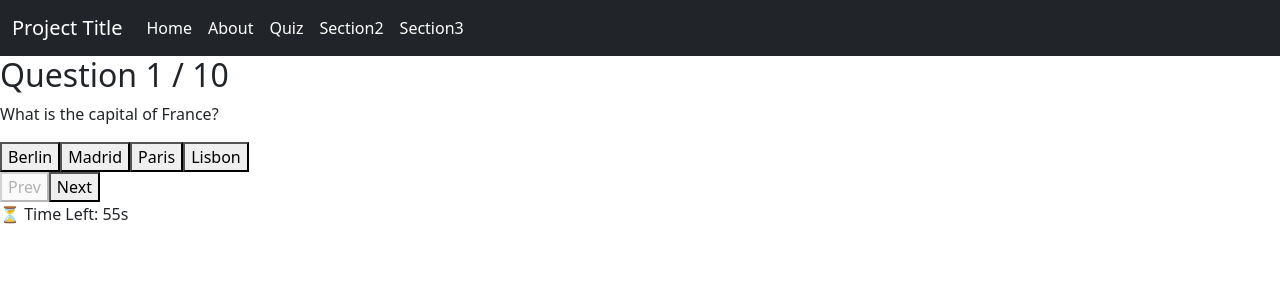
Repository: rahul-chakradhari/devquest
Page: /quiz (app in project/)
The author's editor kept a copy of each file at every save. The page is drawn from the files as they stood at one save, then again after the next save.
The browser window is 1280 px wide. The pictures show the whole page.
The project was rebuilt for these pictures with package versions that can differ from the ones it lists, and the page was loaded fresh each time. Also part of the build but not shown: project/vite.config.js, project/src/App.css, project/src/components/Home.jsx, project/src/components/About.jsx, project/src/components/Section2.jsx, project/src/components/Section3.jsx, project/src/index.css.

Above is the page before, as saved 2025-02-23 13:14:33.

### project/index.html
<!DOCTYPE html>
<html lang="en">
  <head>
    <meta charset="UTF-8" />
    <link rel="icon" type="image/svg+xml" href="/vite.svg" />
    <meta name="viewport" content="width=device-width, initial-scale=1.0" />
    <title>Project</title>
    <link
      href="https://cdn.jsdelivr.net/npm/bootstrap@5.3.3/dist/css/bootstrap.min.css"
      rel="stylesheet"
      integrity="sha384-QWTKZyjpPEjISv5WaRU9OFeRpok6YctnYmDr5pNlyT2bRjXh0JMhjY6hW+ALEwIH"
      crossorigin="anonymous"
    />
  </head>
  <body>
    <div id="root"></div>
    <script type="module" src="/src/main.jsx"></script>
    <script
      src="https://cdn.jsdelivr.net/npm/bootstrap@5.3.3/dist/js/bootstrap.bundle.min.js"
      integrity="sha384-YvpcrYf0tY3lHB60NNkmXc5s9fDVZLESaAA55NDzOxhy9GkcIdslK1eN7N6jIeHz"
      crossorigin="anonymous"
    ></script>
  </body>
</html>

### project/src/App.jsx
import { useState } from "react";
import "./App.css";
import React from "react";
import { BrowserRouter as Router, Routes, Route } from "react-router-dom";
import Navbar from "./components/Navbar";
import Home from "./components/Home";
import About from "./components/About";

import Section2 from "./components/Section2";
import Section3 from "./components/Section3";
import Quiz from "./components/Quiz";

function App() {
  const [count, setCount] = useState(0);

  return (
    <>
      <Router>
        <Navbar />
        <Routes>
          <Route path="/about" element={<About />} />
          <Route path="/" element={<Home />} />
          <Route path="/quiz" element={<Quiz />} />
          <Route path="/section2" element={<Section2 />} />
          <Route path="/section3" element={<Section3 />} />
        </Routes>
      </Router>
    </>
  );
}

export default App;

### project/src/components/Navbar.jsx
import React from "react";
import { Link, useNavigate } from "react-router-dom";

const Navbar = () => {
  const navigate = useNavigate();
  const isLoggedIn = localStorage.getItem("token"); // Check if token exists

  const handleLogout = () => {
    localStorage.removeItem("token");
    navigate("/login");
  };

  return (
    <div>
      <nav className="navbar navbar-expand-lg navbar-dark bg-dark">
        <div className="container-fluid">
          <a className="navbar-brand" href="#">
            Project Title
          </a>
          <button
            className="navbar-toggler"
            type="button"
            data-bs-toggle="collapse"
            data-bs-target="#navbarSupportedContent"
            aria-controls="navbarSupportedContent"
            aria-expanded="false"
            aria-label="Toggle navigation"
          >
            <span className="navbar-toggler-icon"></span>
          </button>
          <div className="collapse navbar-collapse" id="navbarSupportedContent">
            <ul className="navbar-nav me-auto mb-2 mb-lg-0">
              <li className="nav-item">
                <Link className="nav-link active" aria-current="page" to="/">
                  Home
                </Link>
              </li>
              <li className="nav-item">
                <Link
                  className="nav-link active"
                  aria-current="page"
                  to="/about"
                >
                  About
                </Link>
              </li>
              <li className="nav-item">
                <Link
                  className="nav-link active"
                  aria-current="page"
                  to="/quiz"
                >
                  Quiz
                </Link>
              </li>
              <li className="nav-item">
                <Link
                  className="nav-link active"
                  aria-current="page"
                  to="/section2"
                >
                  Section2
                </Link>
              </li>
              <li className="nav-item">
                <Link
                  className="nav-link active"
                  aria-current="page"
                  to="/section3"
                >
                  Section3
                </Link>
              </li>
            </ul>
          </div>
        </div>
      </nav>
    </div>
  );
};

export default Navbar;

### project/src/components/Quiz.jsx
import React, { useState, useEffect } from "react";

const questions = [
  {
    question: "What is the capital of France?",
    options: ["Berlin", "Madrid", "Paris", "Lisbon"],
    answer: "Paris",
  },
  {
    question: "Which is the largest planet in our solar system?",
    options: ["Mars", "Earth", "Jupiter", "Saturn"],
    answer: "Jupiter",
  },
  {
    question: "What is 5 + 3?",
    options: ["5", "8", "12", "15"],
    answer: "8",
  },
  {
    question: "Which language is used for web development?",
    options: ["Python", "C++", "JavaScript", "Swift"],
    answer: "JavaScript",
  },
  {
    question: "Who developed the theory of relativity?",
    options: ["Newton", "Einstein", "Tesla", "Darwin"],
    answer: "Einstein",
  },
  {
    question: "Which is the longest river in the world?",
    options: ["Amazon", "Nile", "Yangtze", "Ganges"],
    answer: "Nile",
  },
  {
    question: "Which gas do plants absorb?",
    options: ["Oxygen", "Carbon Dioxide", "Nitrogen", "Hydrogen"],
    answer: "Carbon Dioxide",
  },
  {
    question: "How many continents are there?",
    options: ["5", "6", "7", "8"],
    answer: "7",
  },
  {
    question: "Which programming language is used for AI?",
    options: ["Java", "C", "Python", "Go"],
    answer: "Python",
  },
  {
    question: "Who wrote 'Hamlet'?",
    options: ["Shakespeare", "Hemingway", "Tolstoy", "Poe"],
    answer: "Shakespeare",
  },
];

const Quiz = ({ onFinish }) => {
  const [currentQuestion, setCurrentQuestion] = useState(0);
  const [selectedAnswer, setSelectedAnswer] = useState(null);
  const [score, setScore] = useState(0);
  const [timeLeft, setTimeLeft] = useState(60); // Timer in seconds

  useEffect(() => {
    if (timeLeft === 0) {
      onFinish(score); // When time runs out, finish quiz
    }

    const timer = setInterval(() => {
      setTimeLeft((prev) => (prev > 0 ? prev - 1 : 0));
    }, 1000);

    return () => clearInterval(timer);
  }, [timeLeft, onFinish, score]);

  const handleNext = () => {
    if (selectedAnswer) {
      if (selectedAnswer === questions[currentQuestion].answer) {
        setScore((prev) => prev + 1);
      }
      setSelectedAnswer(null);
      if (currentQuestion < questions.length - 1) {
        setCurrentQuestion((prev) => prev + 1);
      } else {
        onFinish(score + 1); // Final score when last question is reached
      }
    } else {
      alert("Please select an answer before proceeding!");
    }
  };

  const handlePrev = () => {
    if (currentQuestion > 0) {
      setCurrentQuestion((prev) => prev - 1);
    }
  };

  return (
    <div className="quiz-container">
      <h2>
        Question {currentQuestion + 1} / {questions.length}
      </h2>
      <p className="question-text">{questions[currentQuestion].question}</p>

      <div className="options">
        {questions[currentQuestion].options.map((option, index) => (
          <button
            class="btn btn-info"
            key={index}
            className={`option-btn ${
              selectedAnswer === option ? "selected" : ""
            }`}
            onClick={() => setSelectedAnswer(option)}
          >
            {option}
          </button>
        ))}
      </div>

      <div className="quiz-controls">
        <button onClick={handlePrev} disabled={currentQuestion === 0}>
          Prev
        </button>
        <button onClick={handleNext}>
          {currentQuestion === questions.length - 1 ? "Finish" : "Next"}
        </button>
      </div>

      <p className="timer">⏳ Time Left: {timeLeft}s</p>
    </div>
  );
};

export default Quiz;

Loaded but not shown: project/src/main.jsx (common file)

After the next save:
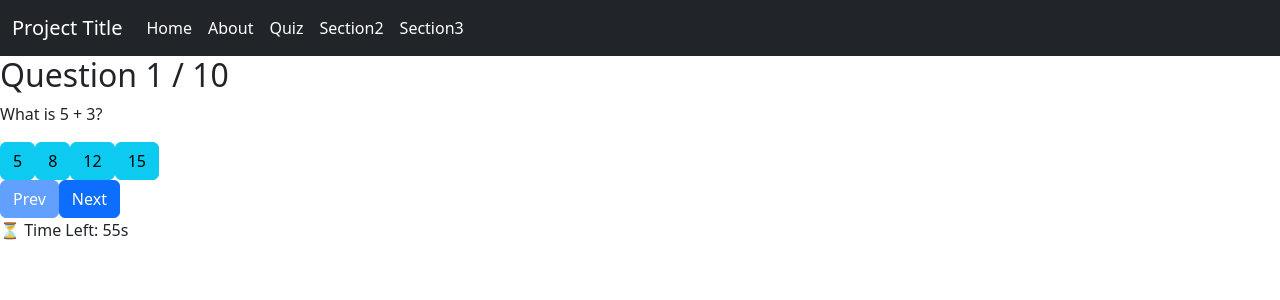
Saved 2 min 59 s later.
--- a/project/src/components/Quiz.jsx
+++ b/project/src/components/Quiz.jsx
@@ -1,96 +1,77 @@
 import React, { useState, useEffect } from "react";
 
 const questions = [
+  { question: "What is 5 + 3?", options: ["5", "8", "12", "15"], answer: "8" },
+  { question: "What is 10 - 6?", options: ["2", "4", "6", "8"], answer: "4" },
+  { question: "Solve: 2 × 3", options: ["5", "6", "7", "8"], answer: "6" },
+  { question: "What is 9 ÷ 3?", options: ["2", "3", "4", "5"], answer: "3" },
   {
-    question: "What is the capital of France?",
-    options: ["Berlin", "Madrid", "Paris", "Lisbon"],
-    answer: "Paris",
-  },
+    question: "Solve: 7 + 2 × 3",
+    options: ["15", "13", "12", "18"],
+    answer: "13",
+  }, // BODMAS: 7 + (2 × 3)
   {
-    question: "Which is the largest planet in our solar system?",
-    options: ["Mars", "Earth", "Jupiter", "Saturn"],
-    answer: "Jupiter",
-  },
+    question: "What is 16 - 4 ÷ 2?",
+    options: ["14", "10", "12", "8"],
+    answer: "14",
+  }, // BODMAS: 16 - (4 ÷ 2)
   {
-    question: "What is 5 + 3?",
-    options: ["5", "8", "12", "15"],
-    answer: "8",
-  },
+    question: "Solve: 3 × 4 + 2",
+    options: ["12", "14", "10", "16"],
+    answer: "14",
+  }, // BODMAS: (3 × 4) + 2
   {
-    question: "Which language is used for web development?",
-    options: ["Python", "C++", "JavaScript", "Swift"],
-    answer: "JavaScript",
-  },
+    question: "What is 18 ÷ 2 - 5?",
+    options: ["3", "4", "6", "9"],
+    answer: "4",
+  }, // BODMAS: (18 ÷ 2) - 5
   {
-    question: "Who developed the theory of relativity?",
-    options: ["Newton", "Einstein", "Tesla", "Darwin"],
-    answer: "Einstein",
-  },
+    question: "Solve: (8 + 4) ÷ 2",
+    options: ["4", "5", "6", "7"],
+    answer: "6",
+  }, // BODMAS: (12 ÷ 2)
   {
-    question: "Which is the longest river in the world?",
-    options: ["Amazon", "Nile", "Yangtze", "Ganges"],
-    answer: "Nile",
-  },
-  {
-    question: "Which gas do plants absorb?",
-    options: ["Oxygen", "Carbon Dioxide", "Nitrogen", "Hydrogen"],
-    answer: "Carbon Dioxide",
-  },
-  {
-    question: "How many continents are there?",
-    options: ["5", "6", "7", "8"],
-    answer: "7",
-  },
-  {
-    question: "Which programming language is used for AI?",
-    options: ["Java", "C", "Python", "Go"],
-    answer: "Python",
-  },
-  {
-    question: "Who wrote 'Hamlet'?",
-    options: ["Shakespeare", "Hemingway", "Tolstoy", "Poe"],
-    answer: "Shakespeare",
-  },
+    question: "What is 5 × (2 + 3)?",
+    options: ["20", "25", "30", "15"],
+    answer: "25",
+  }, // BODMAS: 5 × (2 + 3)
 ];
 
 const Quiz = ({ onFinish }) => {
   const [currentQuestion, setCurrentQuestion] = useState(0);
   const [selectedAnswer, setSelectedAnswer] = useState(null);
   const [score, setScore] = useState(0);
-  const [timeLeft, setTimeLeft] = useState(60); // Timer in seconds
+  const [timeLeft, setTimeLeft] = useState(60); // Timer for entire quiz
 
   useEffect(() => {
     if (timeLeft === 0) {
-      onFinish(score); // When time runs out, finish quiz
+      handleSubmit();
     }
-
-    const timer = setInterval(() => {
-      setTimeLeft((prev) => (prev > 0 ? prev - 1 : 0));
-    }, 1000);
-
+    const timer = setInterval(
+      () => setTimeLeft((prev) => (prev > 0 ? prev - 1 : 0)),
+      1000
+    );
     return () => clearInterval(timer);
-  }, [timeLeft, onFinish, score]);
+  }, [timeLeft]);
 
   const handleNext = () => {
     if (selectedAnswer) {
-      if (selectedAnswer === questions[currentQuestion].answer) {
-        setScore((prev) => prev + 1);
-      }
+      if (selectedAnswer === questions[currentQuestion].answer)
+        setScore(score + 1);
       setSelectedAnswer(null);
-      if (currentQuestion < questions.length - 1) {
-        setCurrentQuestion((prev) => prev + 1);
-      } else {
-        onFinish(score + 1); // Final score when last question is reached
-      }
+      if (currentQuestion < questions.length - 1)
+        setCurrentQuestion(currentQuestion + 1);
     } else {
-      alert("Please select an answer before proceeding!");
+      alert("Select an answer before proceeding!");
     }
   };
 
   const handlePrev = () => {
-    if (currentQuestion > 0) {
-      setCurrentQuestion((prev) => prev - 1);
-    }
+    if (currentQuestion > 0) setCurrentQuestion(currentQuestion - 1);
+  };
+
+  const handleSubmit = () => {
+    onFinish(score);
   };
 
   return (
@@ -103,9 +84,9 @@ const Quiz = ({ onFinish }) => {
       <div className="options">
         {questions[currentQuestion].options.map((option, index) => (
           <button
-            class="btn btn-info"
             key={index}
-            className={`option-btn ${
+            type="button"
+            className={`btn btn-info ${
               selectedAnswer === option ? "selected" : ""
             }`}
             onClick={() => setSelectedAnswer(option)}
@@ -116,12 +97,31 @@ const Quiz = ({ onFinish }) => {
       </div>
 
       <div className="quiz-controls">
-        <button onClick={handlePrev} disabled={currentQuestion === 0}>
+        <button
+          type="button"
+          className="btn btn-primary"
+          onClick={handlePrev}
+          disabled={currentQuestion === 0}
+        >
           Prev
         </button>
-        <button onClick={handleNext}>
-          {currentQuestion === questions.length - 1 ? "Finish" : "Next"}
-        </button>
+        {currentQuestion < questions.length - 1 ? (
+          <button
+            type="button"
+            className="btn btn-primary"
+            onClick={handleNext}
+          >
+            Next
+          </button>
+        ) : (
+          <button
+            type="button"
+            className="btn btn-danger"
+            onClick={handleSubmit}
+          >
+            Submit
+          </button>
+        )}
       </div>
 
       <p className="timer">⏳ Time Left: {timeLeft}s</p>
